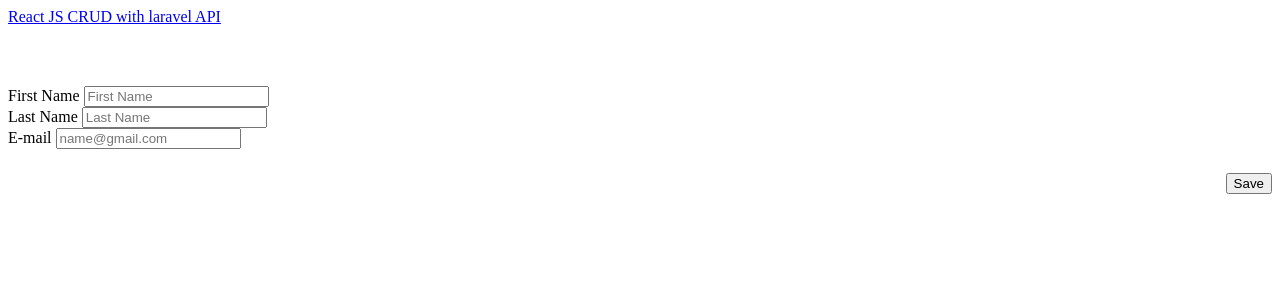
Repository: balkisys/react-js-crud
Page: /
These files come from the project's save history. The page is drawn as it stood at one moment and after the next save; the edit follows.
The browser window is 1280 px wide. The pictures show the whole page.
The project was rebuilt for these pictures with package versions that can differ from the ones it lists, and the page was loaded fresh each time.

Above is the page before, as saved 2020-05-18 11:32:21.

### public/index.html
<!DOCTYPE html>
<html lang="en">
  <head>
    <meta charset="utf-8" />
    <link rel="icon" href="%PUBLIC_URL%/favicon.ico" />
    <meta name="viewport" content="width=device-width, initial-scale=1" />
    <meta name="theme-color" content="#000000" />
    <meta
      name="description"
      content="Web site created using create-react-app"
    />
    <link rel="apple-touch-icon" href="%PUBLIC_URL%/logo192.png" />
    <link rel = "stylesheet" href="https://cdnjs.cloudflare.com/ajax/libs/semantic-ui/2.4.1/semantic.min.js"/>

    <!--
      manifest.json provides metadata used when your web app is installed on a
      user's mobile device or desktop. See https://developers.google.com/web/fundamentals/web-app-manifest/
    -->
    <link rel="manifest" href="%PUBLIC_URL%/manifest.json" />
    <!--
      Notice the use of %PUBLIC_URL% in the tags above.
      It will be replaced with the URL of the `public` folder during the build.
      Only files inside the `public` folder can be referenced from the HTML.

      Unlike "/favicon.ico" or "favicon.ico", "%PUBLIC_URL%/favicon.ico" will
      work correctly both with client-side routing and a non-root public URL.
      Learn how to configure a non-root public URL by running `npm run build`.
    -->
    <title>React App</title>
  </head>
  <body>
    <noscript>You need to enable JavaScript to run this app.</noscript>
    <div id="root"></div>
    <!--
      This HTML file is a template.
      If you open it directly in the browser, you will see an empty page.

      You can add webfonts, meta tags, or analytics to this file.
      The build step will place the bundled scripts into the <body> tag.

      To begin the development, run `npm start` or `yarn start`.
      To create a production bundle, use `npm run build` or `yarn build`.
    -->
  </body>
</html>

### src/index.js
import React from "react";
import ReactDOM from "react-dom";
import App from "./components/App";


ReactDOM.render(<App/>, document.querySelector("#root"));

### src/components/App.js
import React , {Component} from "react" ;
import MyForm from "./MyForm";
import CustomerList from "./CustomerList";
import "./app.css";

class App extends Component {
    render () {
      return (
          <div className="ui fixed inverted menu">
          <div className="ui container">

           <a href="/#" className="header item">
               React JS CRUD with laravel API
               </a>

          </div>
          <div className="ui main container">
           <MyForm/>
           <CustomerList/>
          </div>
          </div>
      );
    }
}
export default App ;

### src/components/MyForm.js
import React , {Component} from "react" ;


class MyForm extends Component {
   render() {
       return (
      <from className= "ui form">
       <div className="fields">
           <div className="four wide field">
           <label> First Name </label>
           <input type="text" name="first_name" placeholder="First Name" />
           </div>

           <div className="four wide field">
           <label> Last Name </label>
           <input type="text" name="last_name" placeholder="Last Name" />
           </div>

           <div className="four wide field">
           <label> E-mail </label>
           <input type="email" name="email" placeholder="name@gmail.com" />
           </div>

           <div className="four wide field">
           <button  className="ui primary button submit-button"> Save</button>
           </div>

       </div>
      </from>
       );
   }


}
export default MyForm ;

### src/components/CustomerList.js
import React, {Component} from "react";


class CustomerList extends Component {
    render() {
        return (
          <div className="data">
              <table className="ui celled table">

                  </table>

          </div>
        );
    }
}

export default CustomerList;

### src/components/app.css
.main.container {
    margin-top: 60px;
}
.submit-button {
    margin-top: 24px !important;
    float: right;
}

After the next save:
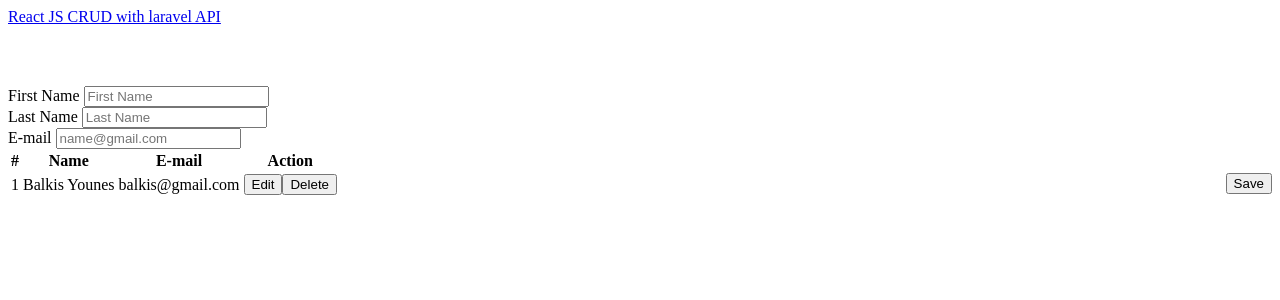
Saved 4 min 28 s later.
--- a/src/components/CustomerList.js
+++ b/src/components/CustomerList.js
@@ -6,8 +6,27 @@ class CustomerList extends Component {
         return (
           <div className="data">
               <table className="ui celled table">
+                <thead>
+                     <tr>
+                         <th>#</th>
+                         <th>Name</th>
+                         <th>E-mail</th>
+                         <th>Action </th>
+                     </tr>
+                    </thead>
 
-                  </table>
+                    <tbody>
+                        <tr>
+                            <td>1</td>
+                            <td>Balkis Younes</td>
+                            <td>balkis@gmail.com</td>
+                            <td>
+                                <button className="mini ui blue button"> Edit</button>
+                                <button className="mini ui blue button"> Delete</button>
+                            </td>
+                        </tr>
+                    </tbody>
+              </table>
 
           </div>
         );
